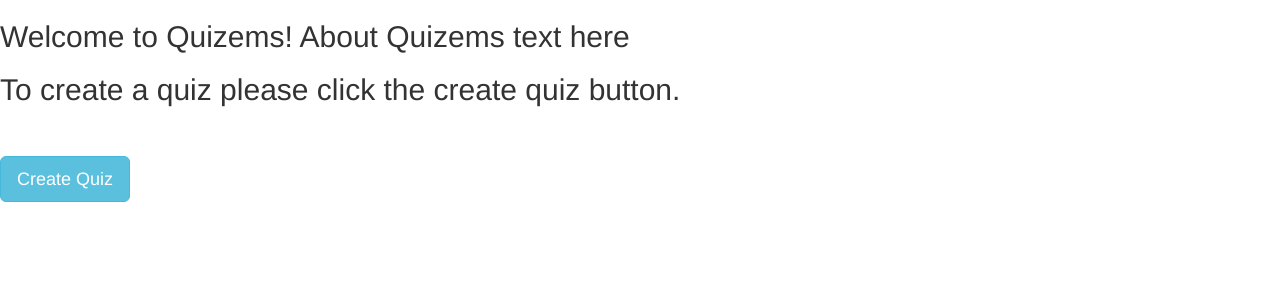
Repository: phillipdacosta/QuizemsNew
Page: /
The author's editor kept a copy of each file at every save. The page is drawn from the files as they stood at one save, then again after the next save.
The browser window is 1280 px wide. The pictures show the whole page.
Some web libraries are served in a nearby version. The project was rebuilt for these pictures with package versions that can differ from the ones it lists, and the page was loaded fresh each time. Also part of the build but not shown: angular.json, src/app/professor/professor.component.ts, src/app/data.service.ts, src/app/question.model.ts, src/app/quiz/quiz.component.ts, src/app/student/student.component.ts, src/app/questions/questions.component.ts, src/app/question-display/question-display.component.ts and 1 more.

Above is the page before, as saved 2019-06-29 12:49:29.

### src/index.html
<!doctype html>
<html>
<head>
  <meta charset="utf-8">
  <title>Angular Bootstrap Demo</title>
  <base href="/">
  <meta name="viewport" content="width=device-width, initial-scale=1">
  <link rel="icon" type="image/x-icon" href="favicon.ico">
  <link rel="stylesheet" href="https://maxcdn.bootstrapcdn.com/bootstrap/3.3.7/css/bootstrap.min.css" integrity="sha384-BVYiiSIFeK1dGmJRAkycuHAHRg32OmUcww7on3RYdg4Va+PmSTsz/K68vbdEjh4u" crossorigin="anonymous">
</head>
<body>
  <app-root>Loading...</app-root>
  <script src="https://code.jquery.com/jquery-3.1.1.min.js" integrity="sha256-hVVnYaiADRTO2PzUGmuLJr8BLUSjGIZsDYGmIJLv2b8=" crossorigin="anonymous"></script>
  <script src="https://maxcdn.bootstrapcdn.com/bootstrap/3.3.7/js/bootstrap.min.js" integrity="sha384-Tc5IQib027qvyjSMfHjOMaLkfuWVxZxUPnCJA7l2mCWNIpG9mGCD8wGNIcPD7Txa" crossorigin="anonymous"></script>
</body>
</html>

### src/app/app-routing.module.ts
import { NgModule } from '@angular/core';
import { Routes, RouterModule } from '@angular/router';
import { ProfessorComponent } from './professor/professor.component';
import { QuestionsComponent } from './questions/questions.component';
import { QuizComponent } from './quiz/quiz.component';
import { AboutComponent } from './about/about.component';

const routes: Routes = [

  {
    path: '',
    component: AboutComponent,

 } ,

  {
    path: 'home',
    component: ProfessorComponent,

 } ,


 {
  path: 'quiz',
  component: QuizComponent

}

];

@NgModule({
  imports: [RouterModule.forRoot(routes), RouterModule.forRoot(routes,{useHash:true})],
  exports: [RouterModule]
})
export class AppRoutingModule { }

### src/app/app.component.ts
import { Component } from '@angular/core';

@Component({
  selector: 'app-root',
  templateUrl: './app.component.html',
  styleUrls: ['./app.component.css']
})
export class AppComponent {
  title = 'quizems';
}

### src/app/about/about.component.ts
import { Component, OnInit } from '@angular/core';
import { Router } from '@angular/router';

@Component({
  selector: 'app-about',
  templateUrl: './about.component.html',
  styleUrls: ['./about.component.css']
})
export class AboutComponent implements OnInit {

  constructor(private router : Router) { }

  navigateToQuiz() {

    this.router.navigateByUrl('home');
  }

  ngOnInit() {
  }

}

### src/app/about/about.component.html
<h2>

     Welcome to Quizems! About Quizems text here
  </h2>


<h2>
  To create a quiz please click the create quiz button.
</h2>
<br>

  <br>
<button type="button" class="btn btn-info btn-lg" (click) = "navigateToQuiz()">Create Quiz</button>

Loaded but not shown: src/styles.css (common file); src/main.ts (common file); src/app/app.module.ts (common file); src/environments/environment.ts (common file); src/app/app.component.html (common file); src/app/about/about.component.css (no copy from this time; the picture is the same without it); src/app/app.component.css (no stored copy; drawn as an empty file)

After the next save:
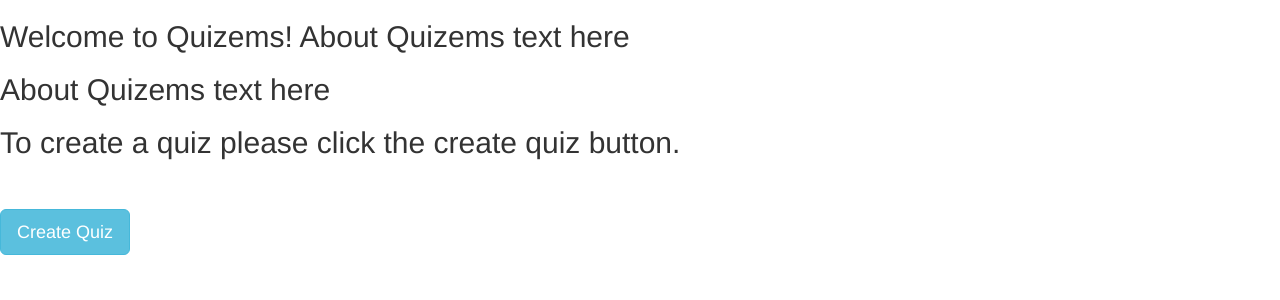
Saved 14 s later.
--- a/src/app/about/about.component.html
+++ b/src/app/about/about.component.html
@@ -2,6 +2,12 @@
 
      Welcome to Quizems! About Quizems text here
   </h2>
+
+  <h2>
+
+     About Quizems text here
+   </h2>
+
 
 
 <h2>
